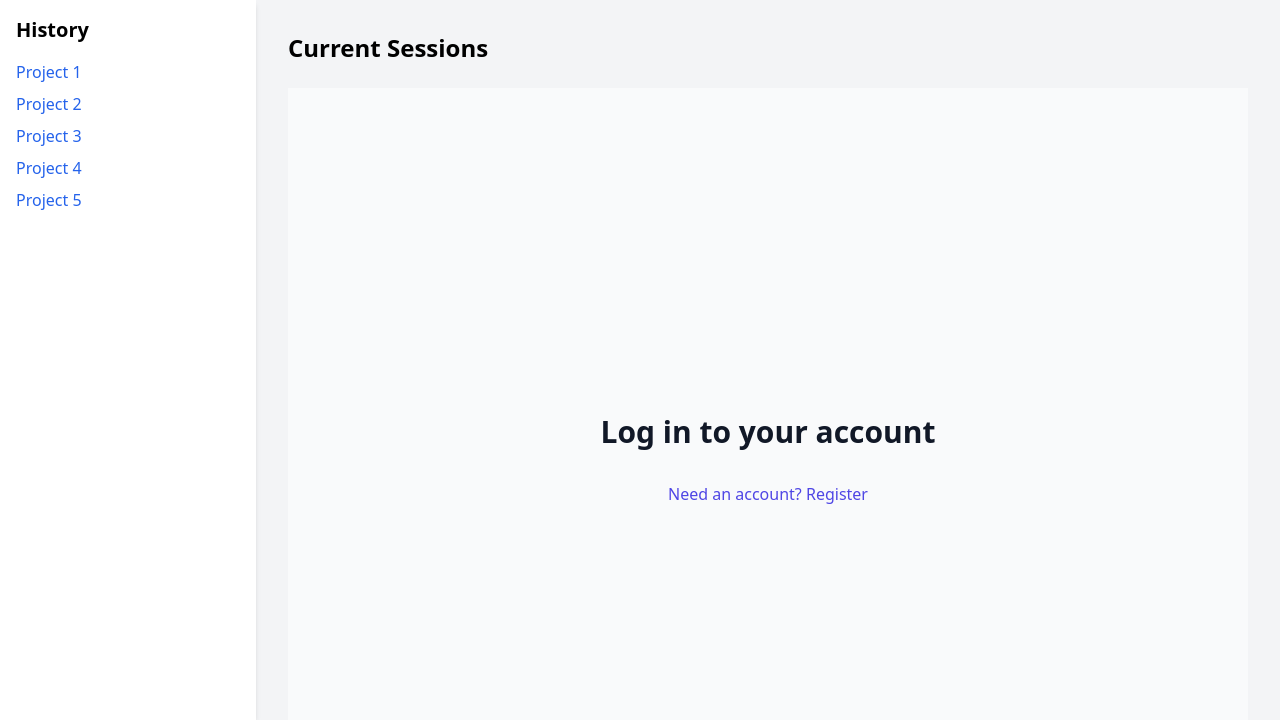
Repository: Mordecaied/Issac
Page: /dashboard (app in frontend/)
An editor plug-in stored every save of this project. The page is shown before and after the next save, followed by the edit.
The browser window is 1280 px wide. The pictures show the whole page.
The page's requests for data from a server got no answer. An inner scrolling area shows only its first screen. The project was rebuilt for these pictures with package versions that can differ from the ones it lists, and the page was loaded fresh each time. No one was signed in, and anything a server would have sent is missing. Also part of the build but not shown: frontend/src/components/QuestionList.tsx, frontend/src/components/IssueList.tsx, frontend/src/components/TimerCard.tsx, frontend/src/components/Dashboard.tsx, frontend/src/components/TimeTracking.tsx, frontend/src/components/QuestionTracking.tsx, frontend/src/components/IssueTracking.tsx, frontend/src/components/TimeSummary.tsx and 1 more.

Above is the page before, as saved 2024-08-08 22:18:48.

After the next save:
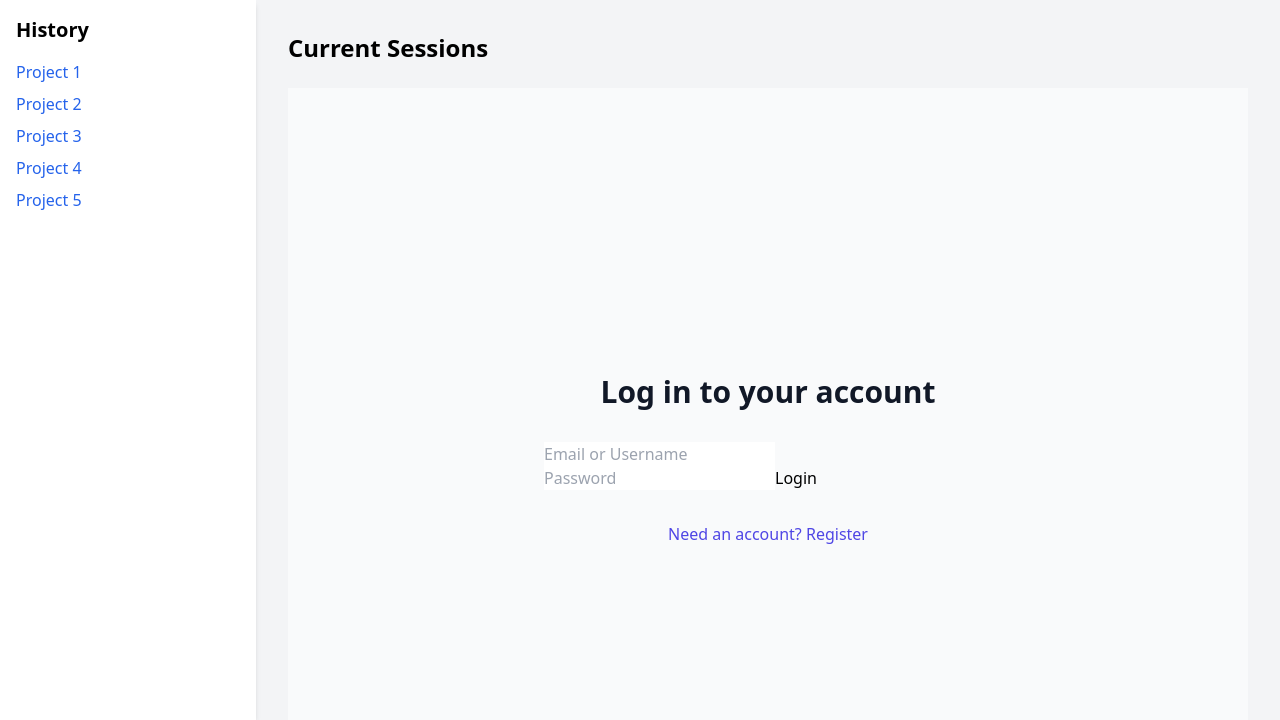
Saved 29 s later.
--- a/frontend/src/components/LoginForm.tsx
+++ b/frontend/src/components/LoginForm.tsx
@@ -1,39 +1,40 @@
 import React, { useState } from 'react';
-import { useNavigate } from 'react-router-dom';
-import { useAuth } from '../context/AuthContext';
+import { useAuth } from '../hooks/useAuth';
 
 const LoginForm: React.FC = () => {
-  const [email, setEmail] = useState('');
+  const [emailOrUsername, setEmailOrUsername] = useState('');
   const [password, setPassword] = useState('');
+  const [error, setError] = useState('');
   const { login } = useAuth();
-  const navigate = useNavigate();
 
-  const handleSubmit = async (e: React.FormEvent) => {
+  const handleSubmit = async (e: React.FormEvent<HTMLFormElement>) => {
     e.preventDefault();
+    setError('');
     try {
-      // Replace this with your actual login API call
-      const response = await fetch('/api/login', {
-        method: 'POST',
-        headers: { 'Content-Type': 'application/json' },
-        body: JSON.stringify({ email, password }),
-      });
-      const data = await response.json();
-
-      if (response.ok) {
-        login(data.token, data.user);
-        navigate('/dashboard');
-      } else {
-        // Handle login error
-        console.error('Login failed:', data.message);
-      }
-    } catch (error) {
-      console.error('Login error:', error);
+      await login(emailOrUsername, password);
+    } catch (err: any) {
+      setError(err.message || 'An error occurred during login');
     }
   };
 
   return (
     <form onSubmit={handleSubmit}>
-      {/* Your login form fields here */}
+      <input
+        type="text"
+        value={emailOrUsername}
+        onChange={(e) => setEmailOrUsername(e.target.value)}
+        placeholder="Email or Username"
+        required
+      />
+      <input
+        type="password"
+        value={password}
+        onChange={(e) => setPassword(e.target.value)}
+        placeholder="Password"
+        required
+      />
+      {error && <p>{error}</p>}
+      <button type="submit">Login</button>
     </form>
   );
 };
